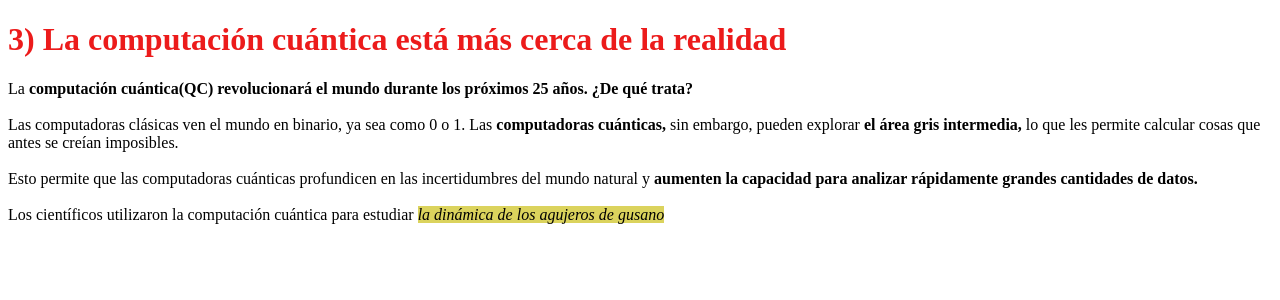
Repository: ThePerez/ArgProg
Page: Practicas ArgProg/Practica 1/ejercicio 8.html
The author's editor kept a copy of each file at every save. The page is drawn from the files as they stood at one save, then again after the next save.
The browser window is 1280 px wide. The pictures show the whole page.

Above is the page before, as saved 2023-02-24 20:38:49.

After the next save:
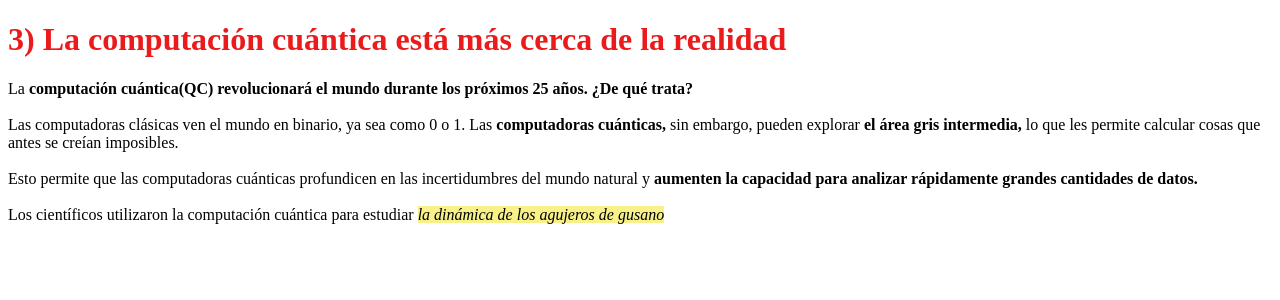
Saved 11 s later.
--- a/Practicas ArgProg/Practica 1/ejercicio 8.html
+++ b/Practicas ArgProg/Practica 1/ejercicio 8.html
@@ -21,7 +21,7 @@
                la capacidad para analizar rápidamente grandes cantidades de datos.</b>
           <br><br>
           Los científicos utilizaron la computación cuántica para estudiar <span
-               style=background-color:#dbd35d><i>la dinámica de los agujeros de gusano</span>
+               style=background-color:#f8f189><i>la dinámica de los agujeros de gusano</span>
      </p>
 </body>
 
